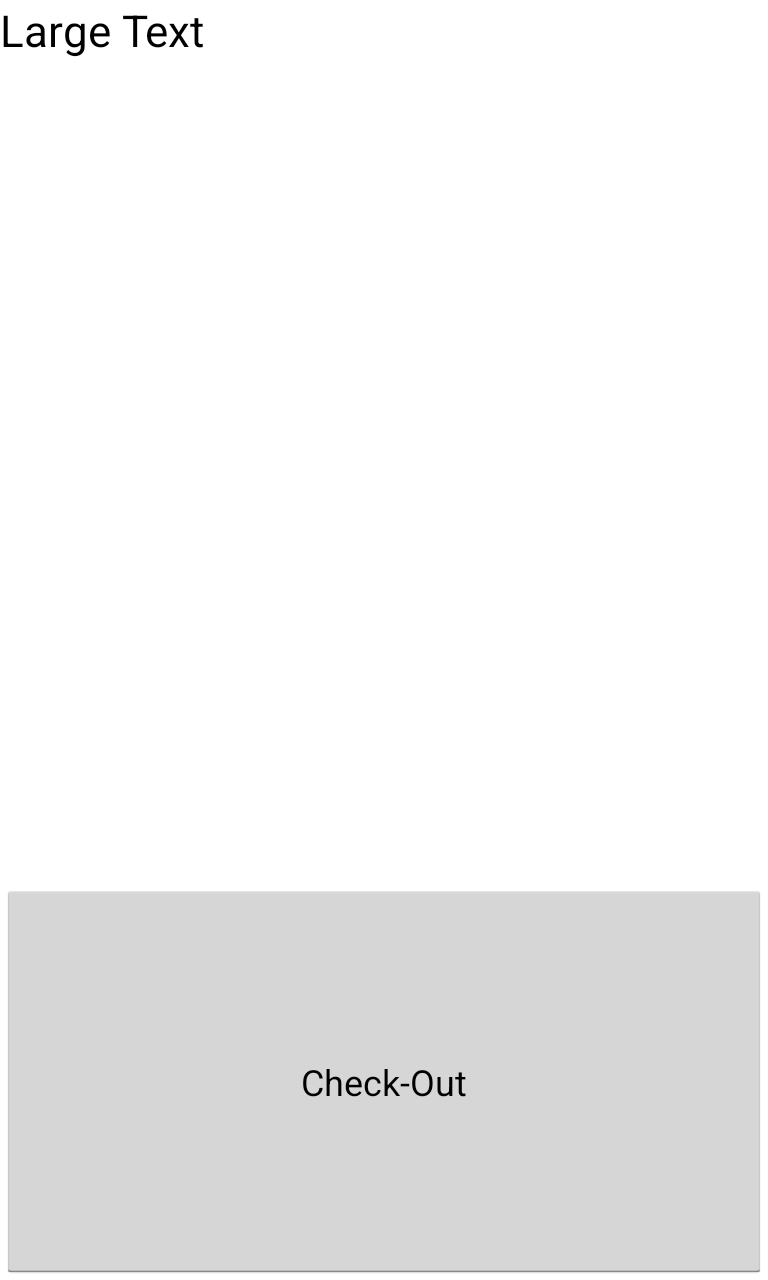
Repository: numaiomul/eclipse_workspace
Layout: CIS/res/layout/restaurant_menu.xml
These files come from the project's save history. The layout is drawn as it stood at one moment and after the next save; the edit follows.
It is drawn on a 768 x 1280 px phone screen (xhdpi) without system bars, with theme AppTheme; the app's code is not run. Lists and similar views that code fills are empty.

Above is the layout before, as saved 2012-10-28 06:46:37.

### CIS/res/layout/restaurant_menu.xml
<?xml version="1.0" encoding="utf-8"?>
<LinearLayout xmlns:android="http://schemas.android.com/apk/res/android"
    android:layout_width="match_parent"
    android:layout_height="match_parent"
    android:orientation="vertical" >


    <TextView
        android:id="@+id/restaurantName"
        android:layout_width="match_parent"
        android:layout_height="wrap_content"
        android:text="Large Text"
        android:textAppearance="?android:attr/textAppearanceLarge" />

    <ExpandableListView
        android:id="@+id/expandableListView1"
        android:layout_width="match_parent"
        android:layout_height="412dp" >
    </ExpandableListView>

    <Button
        android:id="@+id/button1"
        android:layout_width="match_parent"
        android:layout_height="wrap_content"
        android:layout_weight="0.66"
        android:text="@string/checkout" />

</LinearLayout>

### CIS/res/values/strings.xml
<?xml version="1.0" encoding="UTF-8" standalone="no"?>
<resources>
    <string name="app_name">CIS</string>
    <string name="hello_world">Please scan marker.</string>
    <string name="menu_settings">Settings</string>
    <string name="title_activity_main">CIS</string>
    <string name="button">Scan</string>
    <string name="loading">Waiting response from server...</string>
    <string name="checkout">Check-Out</string>

</resources>

Loaded but not shown: CIS/res/values-v11/styles.xml (common file); CIS/res/values-v14/styles.xml (common file); CIS/res/values/styles.xml (common file)

After the next save:
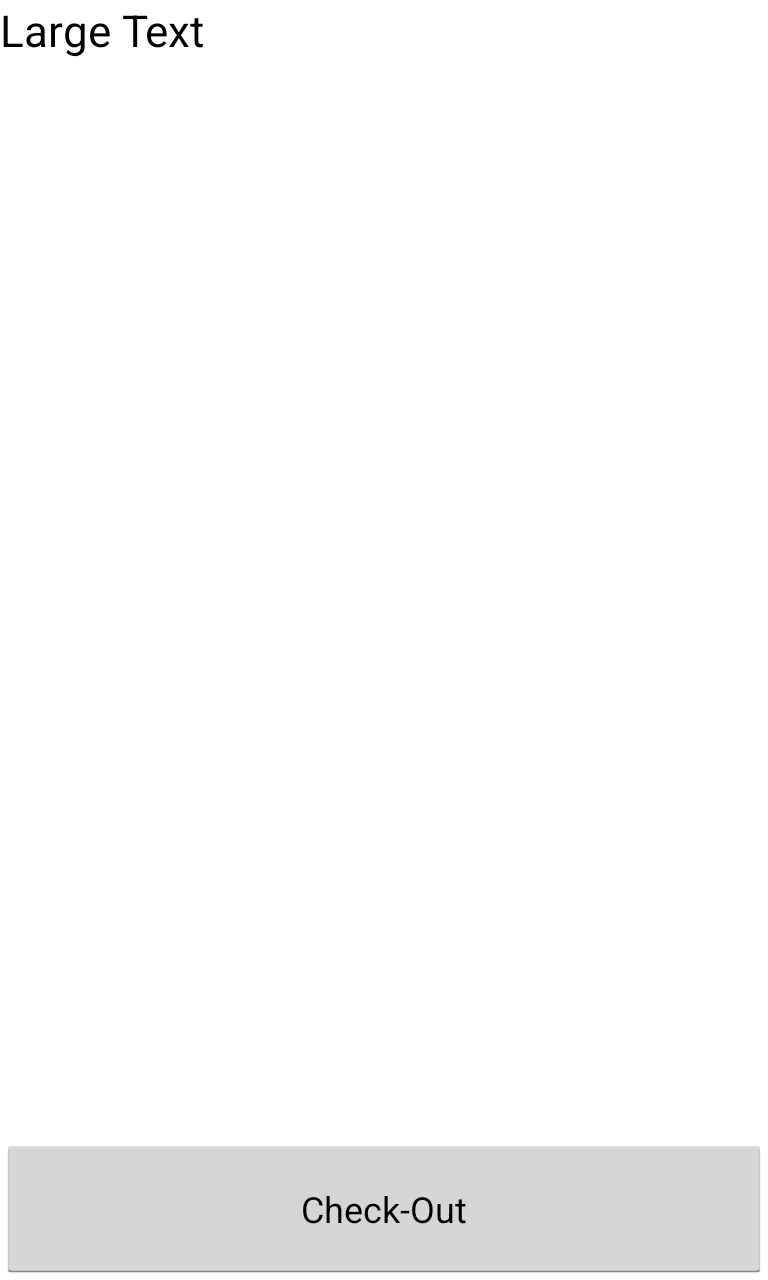
Saved 12 min 59 s later.
--- a/CIS/res/layout/restaurant_menu.xml
+++ b/CIS/res/layout/restaurant_menu.xml
@@ -3,7 +3,6 @@
     android:layout_width="match_parent"
     android:layout_height="match_parent"
     android:orientation="vertical" >
-
 
     <TextView
         android:id="@+id/restaurantName"
@@ -12,11 +11,25 @@
         android:text="Large Text"
         android:textAppearance="?android:attr/textAppearanceLarge" />
 
-    <ExpandableListView
-        android:id="@+id/expandableListView1"
+
+
+
+
+
+
+
+
+
+
+    <ScrollView
+        android:id="@+id/scrollView1"
         android:layout_width="match_parent"
-        android:layout_height="412dp" >
-    </ExpandableListView>
+        android:layout_height="wrap_content"
+        android:layout_weight="15.83"
+        android:scrollbars="horizontal" >
+
+
+    </ScrollView>
 
     <Button
         android:id="@+id/button1"
